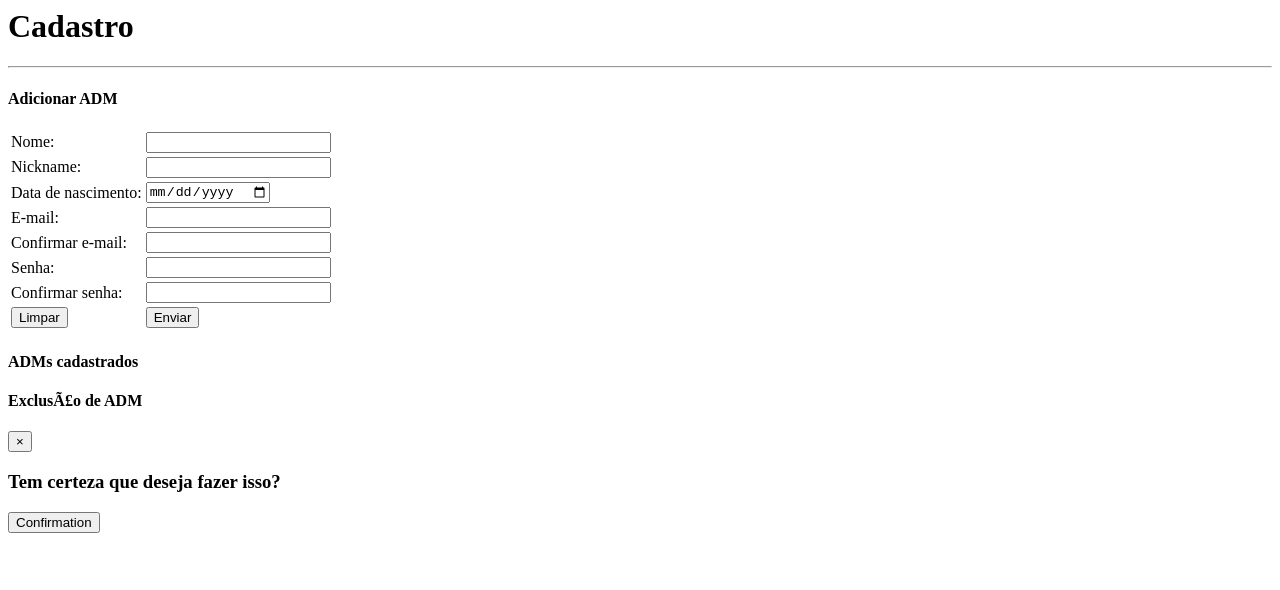
Repository: cavrau/workspaceTbog
Page: the Battle for Gondria/WebContent/system/admin/cadastro.html
These files come from the project's save history. The page is drawn as it stood at one moment and after the next save; the edit follows.
The browser window is 1280 px wide. The pictures show the whole page.

Above is the page before, as saved 2018-08-18 16:03:35.

### the Battle for Gondria/WebContent/system/admin/cadastro.html
<h1 class="h1_content">Cadastro</h1>
<hr id="hr_cadastro">
<div>

	<div id="form_content">

		<h4 class="h4_form">Adicionar ADM</h4>

		<form action="post" id="cadastraForm">
			<table id="table_form">
				<tbody>

					<tr>
						<td><label for="txt_nome">Nome:</label></td>
						<td  data-toggle="popover" data-content="Insira o nome"
							data-trigger="focus" ><input type="text" name="txt_nome" id="nome"
							minlength="6" maxlength="45" value=""></td>
					</tr>

					<tr>
						<td><label for="txt_nick">Nickname:</label></td>
						<td><input data-toggle="popover"
							data-content="Insira o nickname" data-trigger="focus" type="text"
							name="txt_nick" id="nickname" minlength="6" maxlength="16"
							value=""></td>
					</tr>

					<tr>
						<td><label for="date_nascimento">Data de nascimento:</label>
						</td>
						<td><input data-toggle="popover"
							data-content="Insira a data de nascimento" data-trigger="focus"
							type="date" value="" name="date_nascimento" id="nascimento">
						</td>
					</tr>

					<tr>
						<td><label>E-mail:</label></td>
						<td><input data-toggle="popover"
							data-content="Insira o e-mail" data-trigger="focus" type="text"
							id="email" name="txt_email" minlength="6" maxlength="80" value="">
						</td>
					</tr>

					<tr>
						<td><label>Confirmar e-mail:</label></td>
						<td><input data-toggle="popover"
							data-content="Confirme o e-mail" data-trigger="focus" type="text"
							id="confirmaEmail" name="txt_confirma" minlength="6"
							maxlength="80"></td>
					</tr>

					<tr>
						<td><label for="pwd_pass">Senha:</label></td>
						<td><input data-toggle="popover"
							data-content="Insira a senha" data-trigger="focus"
							type="password" name="pwd_pass" id="senha" minlength="6"
							maxlength="16" value=""></td>
					</tr>

					<tr>
						<td><label>Confirmar senha:</label></td>
						<td><input data-toggle="popover"
							data-content="Confirme a Senha" data-trigger="focus"
							type="password" id="confirmaSenha" minlength="6" maxlength="16">
						</td>
					</tr>

					<tr>
						<td>
							<button type="reset" class="btn btn-secondary" name="btn_limpar">Limpar</button>
						</td>
						<td>
							<button type="button" onclick="validaCadastro()"class="btn btn-primary" name="btn_subimt">Enviar</button>
						</td>
					</tr>

				</tbody>
			</table>
		</form>

	</div>

	<div id="section_adms">
		<h4 class="h4_form">ADMs cadastrados</h4>
		<div id="table_cadastro"></div>
	</div>

</div>
<!-- INÃ�CIO MODAL - EXCLUÃ�R ADM -->
<div class="modal fade " id="exclui_adm" role="dialog">
	<div class="modal-dialog">

		<div class="modal-content">

			<div class="modal-header">
				<h4 class="modal-title">ExclusÃ£o de ADM</h4>
				<button type="button" class="close" data-dismiss="modal">&times;</button>
			</div>

			<div class="modal-body">
				<h3>Tem certeza que deseja fazer isso?</h3>
			</div>
			<div class="modal-footer">
				<button id="excluiUser" class="btn btn-large btn-primary" data-toggle="confirmation"
					data-btn-ok-label="Continue" data-btn-ok-class="btn-success"
					data-btn-ok-icon-class="material-icons"
					data-btn-ok-icon-content="check" data-btn-cancel-label="Stoooop!"
					data-btn-cancel-class="btn-danger"
					data-btn-cancel-icon-class="material-icons"
					data-btn-cancel-icon-content="close" data-title="Is it ok?"
					data-content="This might be dangerous">Confirmation</button>
			</div>
		</div>
	</div>
</div>
<!-- FIM MODAL - EXCLUÃ�R ADM -->

After the next save:
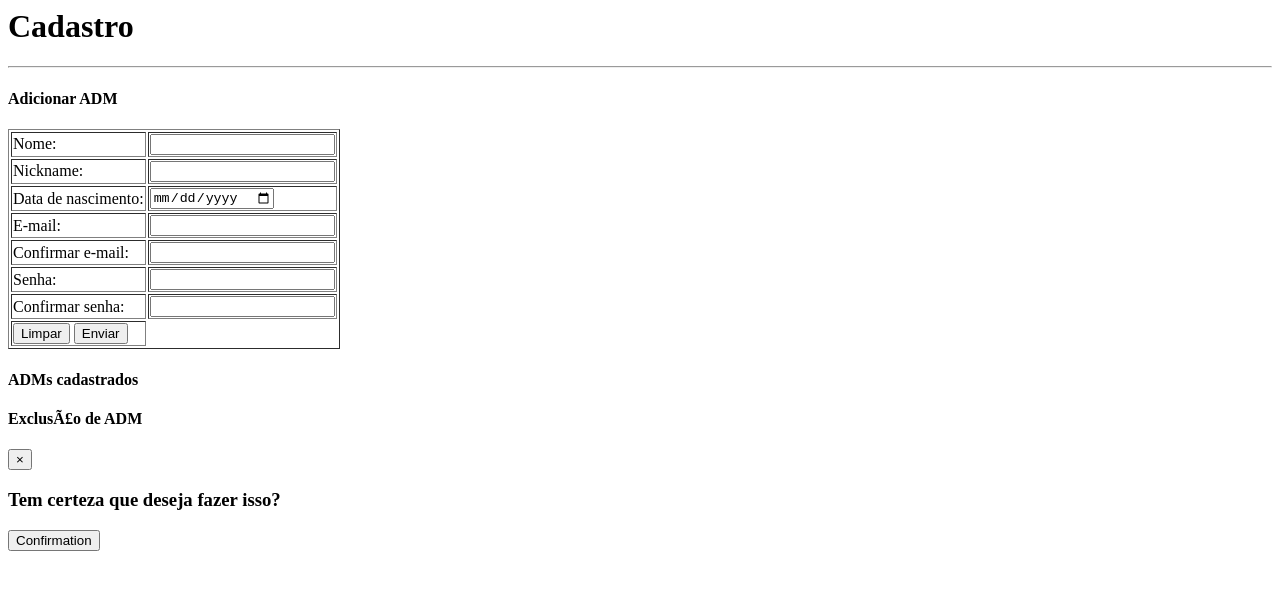
Saved 53 s later.
--- a/the Battle for Gondria/WebContent/system/admin/cadastro.html
+++ b/the Battle for Gondria/WebContent/system/admin/cadastro.html
@@ -7,7 +7,7 @@
 		<h4 class="h4_form">Adicionar ADM</h4>
 
 		<form action="post" id="cadastraForm">
-			<table id="table_form">
+			<table id="table_form" border="1">
 				<tbody>
 
 					<tr>
@@ -69,8 +69,6 @@
 					<tr>
 						<td>
 							<button type="reset" class="btn btn-secondary" name="btn_limpar">Limpar</button>
-						</td>
-						<td>
 							<button type="button" onclick="validaCadastro()"class="btn btn-primary" name="btn_subimt">Enviar</button>
 						</td>
 					</tr>
